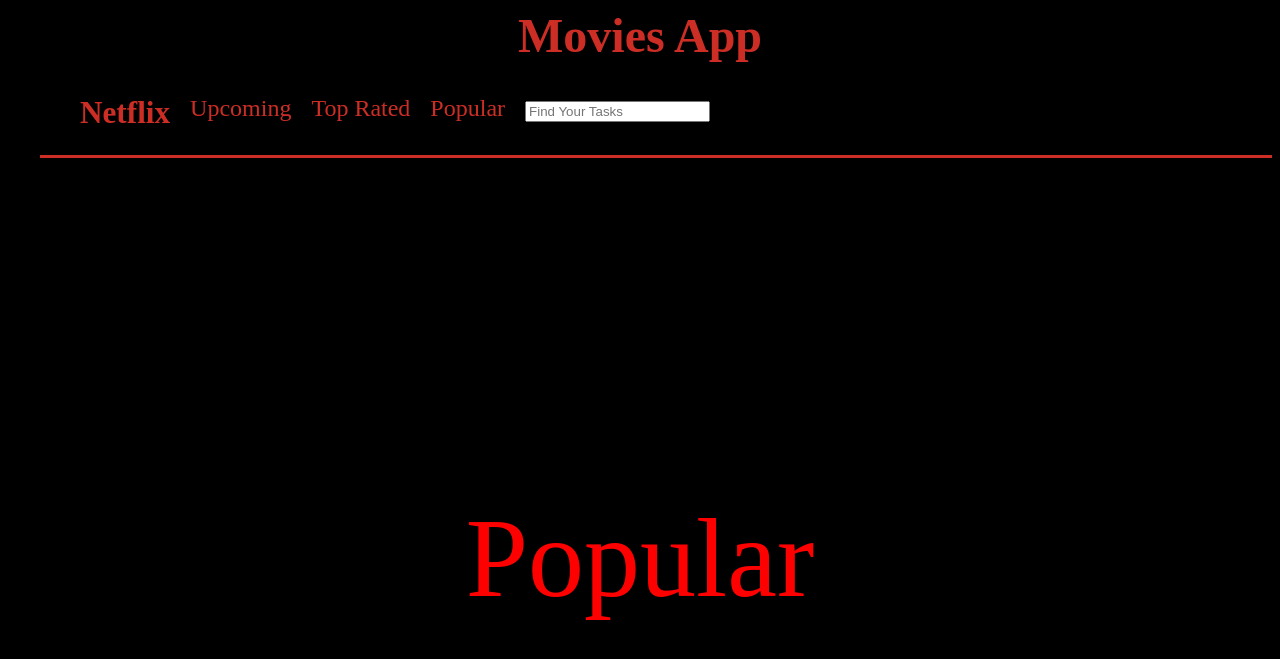
Repository: runner855/movie-app
Page: /popular
The author's editor kept a copy of each file at every save. The page is drawn from the files as they stood at one save, then again after the next save.
The browser window is 1280 px wide. The pictures show the whole page.
The project was rebuilt for these pictures with package versions that can differ from the ones it lists, and the page was loaded fresh each time. Also part of the build but not shown: src/styles/TopRated.css, src/components/TopRated.tsx, src/styles/Upcoming.css, src/components/Upcoming.tsx.

Above is the page before, as saved 2022-11-16 17:28:15.

### src/index.tsx
import React from "react";
import ReactDOM from "react-dom/client";
import { BrowserRouter } from "react-router-dom";
import "./styles/index.css";
import { App } from "./components/App";

const root = ReactDOM.createRoot(
  document.getElementById("root") as HTMLElement
);
root.render(
  <React.StrictMode>
    <BrowserRouter>
      <App />
    </BrowserRouter>
  </React.StrictMode>
);

### src/styles/index.css
body {
  background-color: #000000;
}

code {
  font-family: source-code-pro, Menlo, Monaco, Consolas, "Courier New",
    monospace;
}

### src/components/App.tsx
import React from "react";
import "../styles/App.css";
import { BrowserRouter as Router, Routes, Route, Link } from "react-router-dom";

import { NavBar } from "../components/NavBar";
import { TopRated } from "../components/TopRated";
import { Upcoming } from "./Upcoming";
import { Popular } from "./Popular";

export const App = () => {
  return (
    <div className="App">
      <div className="title">Movies App</div>

      <NavBar />

      <Routes>
        <Route path="/" element={<Upcoming />} />

        <Route path="/top-rated" element={<TopRated />} />
        <Route path="/popular" element={<Popular />} />
      </Routes>
    </div>
  );
};

### src/styles/App.css
.title {
  color: #cc2e25;
  text-align: center;
  font-weight: bold;
  font-size: 3em;
}

### src/components/NavBar.tsx
import * as React from "react";
import "../styles/NavBar.css";
import { Link } from "react-router-dom";
import { MoviesFilter } from "./MoviesFilter";

export const NavBar = () => {
  return (
    <header className="navbar">
      <nav>
        <ul>
          <li className="logo">Netflix</li>
          <li>
            <Link className="item" to="/">
              Upcoming
            </Link>
          </li>
          <li>
            <Link className="item" to="/top-rated">
              Top Rated
            </Link>
          </li>
          <li>
            <Link className="item" to="/popular">
              Popular
            </Link>
          </li>
          <li>
            <MoviesFilter />
          </li>
        </ul>
      </nav>
    </header>
  );
};

### src/components/Popular.tsx
import * as React from "react";
import "../styles/Popular.css";

export const Popular = () => {
  return <div className="popular_page">Popular</div>;
};

### src/styles/NavBar.css
ul {
  text-align: left;
  list-style: none;
  font-size: 1.5em;
  display: flex;
}
ul li {
  margin-right: 20px;
  color: #cc2e25;
}

a {
  text-decoration: none;
}

a,
a:visited,
a:hover,
a:active {
  color: inherit;
}

.navbar {
  margin: 2em 0em 0em 2em;
}
a:hover {
  border-bottom: solid 3px #cc2e25;
}

.logo {
  font-weight: bold;
  font-size: 1.3em;
}

.navbar {
  border-bottom: #cc2e25 solid 0.2em;
}

### src/components/MoviesFilter.tsx
import * as React from "react";
import "../styles/MoviesFilter.css";

export const MoviesFilter = () => {
  return (
    <div className="movie_search">
      <input
        className="search-input"
        type="search"
        // onChange={(e) => setValue(e.target.value)}
        // value={value}
        placeholder={"Find Your Tasks"}
      />
    </div>
  );
};

### src/styles/Popular.css
.popular_page {
  color: red;
  text-align: center;
  margin-top: 3em;
  font-size: 7em;
}

### src/styles/MoviesFilter.css
.movie_search {
  color: red;
  text-align: center;
}

Loaded but not shown: public/index.html (common file)

After the next save:
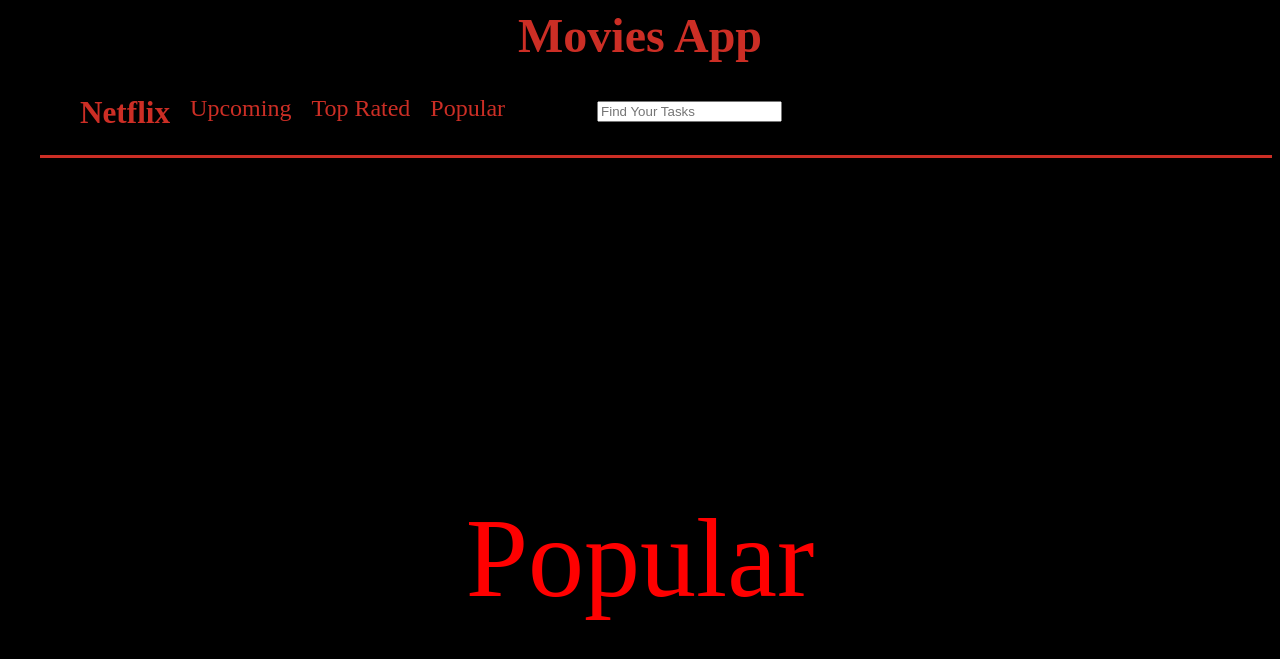
Saved 15 s later.
--- a/src/styles/MoviesFilter.css
+++ b/src/styles/MoviesFilter.css
@@ -1,4 +1,5 @@
 .movie_search {
   color: red;
   text-align: center;
+  margin-left: 3em;
 }
